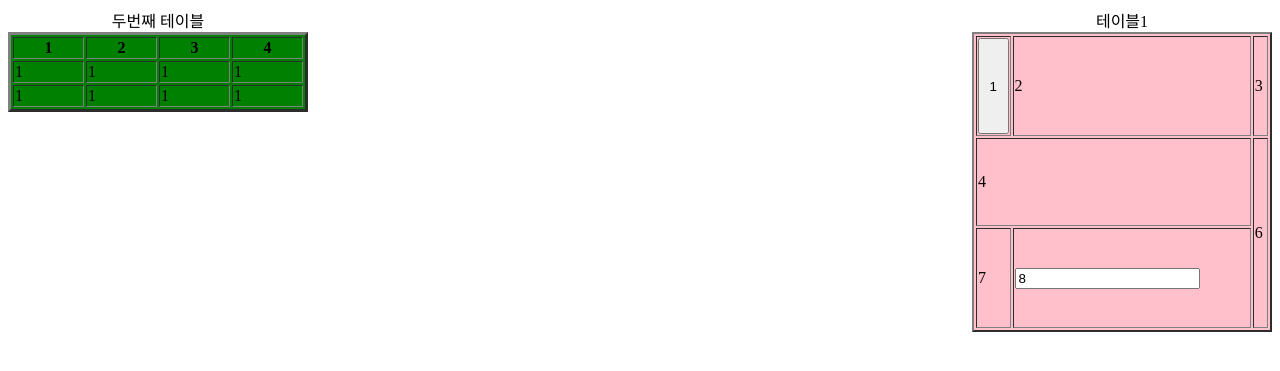
Repository: trapezer84/JSP
Page: http://localhost/AB_WebCalc/listTest1.jsp
These files come from the project's save history. The page is drawn as it stood at one moment and after a run of saves; the edit follows.
The browser window is 1280 px wide. The pictures show the whole page.
The page is served by Tomcat 9.

Above is the page before, as saved 2016-02-02 11:19:12.

After the next 2 saves:
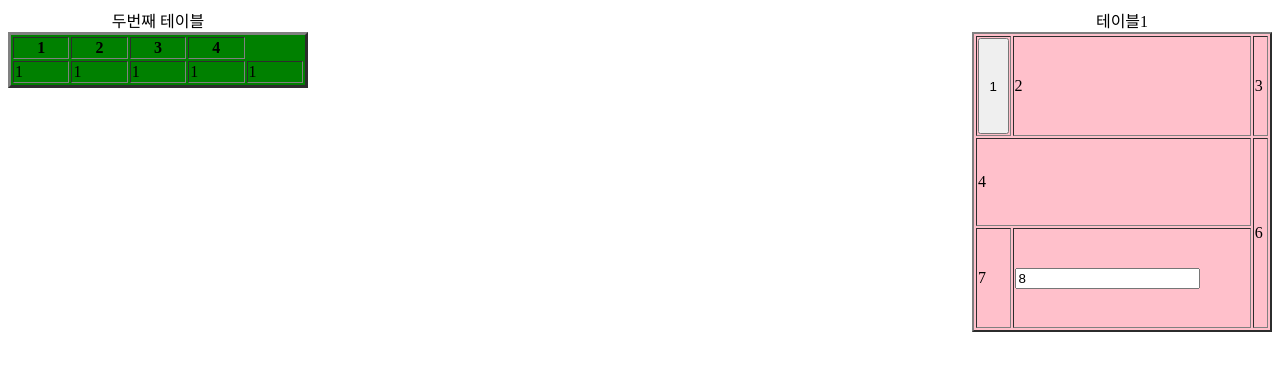
The 2 saves are shown as one change because they came seconds apart.
The last was saved 33 s later.
--- a/AB_WebCalc/WebContent/listTest1.jsp
+++ b/AB_WebCalc/WebContent/listTest1.jsp
@@ -35,16 +35,13 @@
 			<th>4</th>
 		</tr>
 		<tr>
-			<td>1</td>
-			<td>1</td>
-			<td>1</td>
-			<td>1</td>
+			<td rowspan="2">1</td>
+			<td rowspan="2">1</td>
+			<td rowspan="2">1</td>
+			<td rowspan="2">1</td>
+			<td rowspan="2">1</td>
 		</tr>
 		<tr>
-			<td>1</td>
-			<td>1</td>
-			<td>1</td>
-			<td>1</td>
 		</tr>
 
 	</table>
